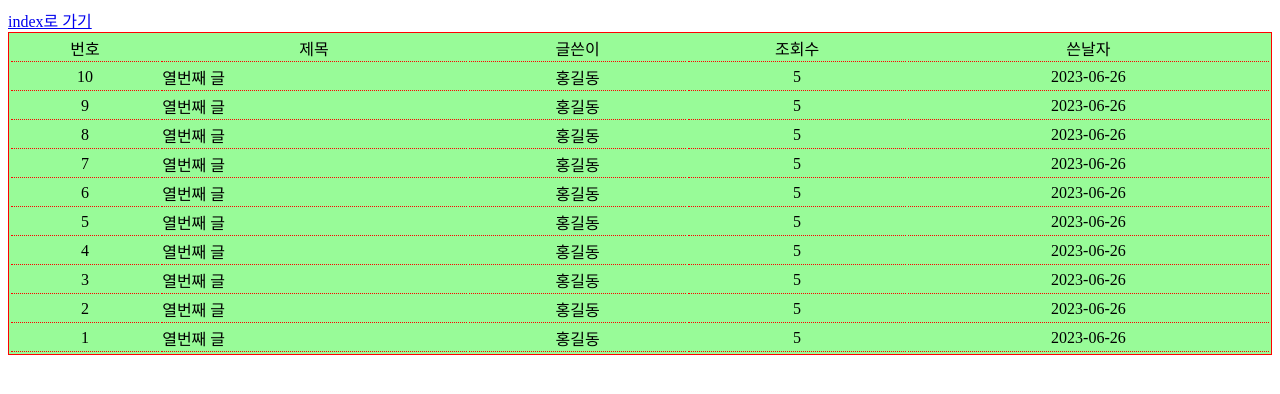
Repository: popll1/Pleiades
Page: http://localhost/jun261/main.jsp
These files come from the project's save history. The page is drawn as it stood at one moment and after the next save; the edit follows.
The browser window is 1280 px wide. The pictures show the whole page.
The page is served by Tomcat 9.

Above is the page before, as saved 2023-06-26 06:33:42.

After the next save:
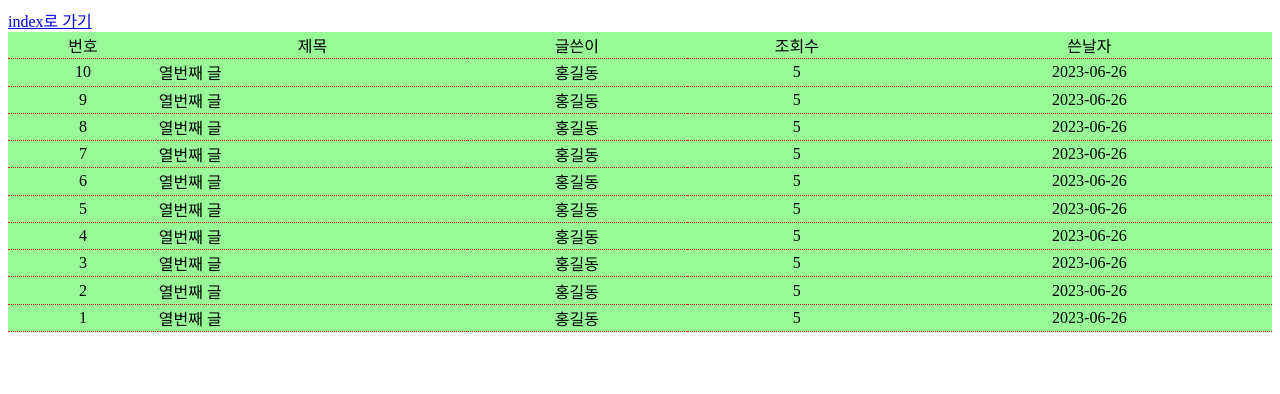
Saved 102 s later.
--- a/jun261/src/main/webapp/main.jsp
+++ b/jun261/src/main/webapp/main.jsp
@@ -11,7 +11,7 @@
     width : 100%;
     height: 500px;
     background-color: gray;
-    border : 1px solid red;
+    border-collapse : collapse;
  }
  td {
     border-bottom : 1px red dotted ;
